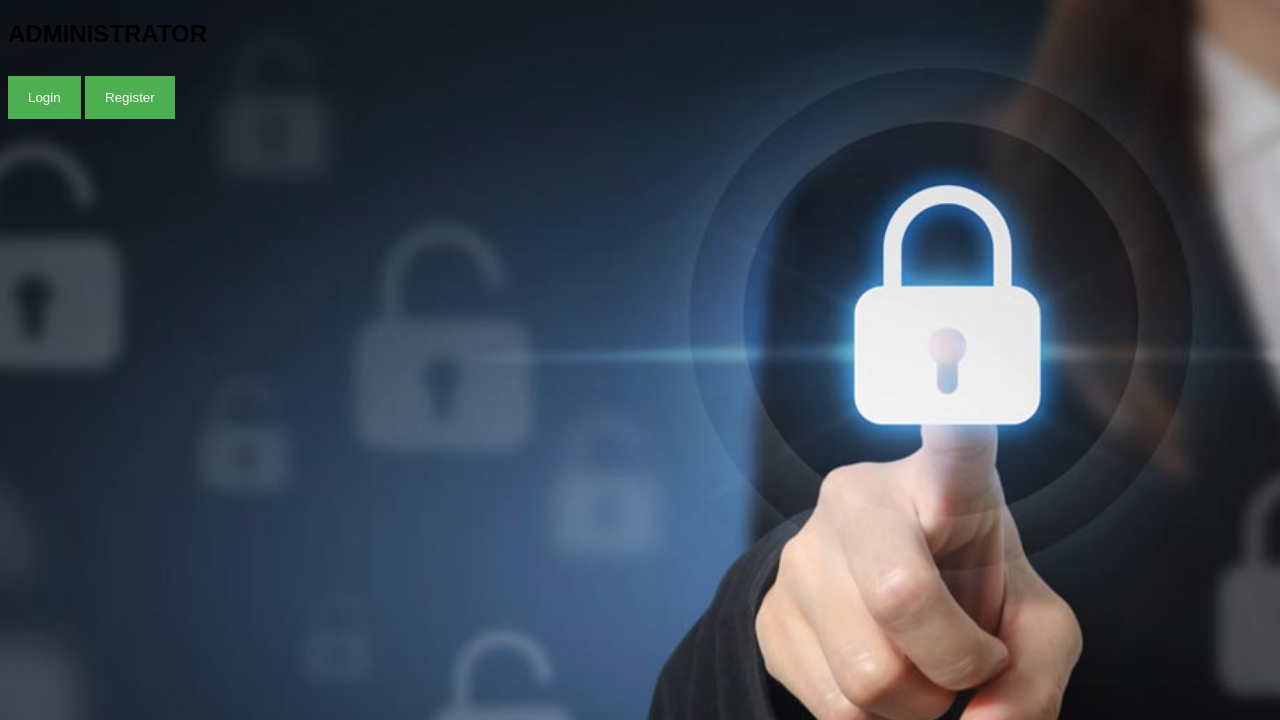
Repository: Malz6/DBMS-ActivityTracking
Page: dbs/WebContent/admin.html
These files come from the project's save history. The page is drawn as it stood at one moment and after the next save; the edit follows.
The browser window is 1280 px wide. The pictures show the whole page.

Above is the page before, as saved 2019-12-12 13:23:57.

After the next save:
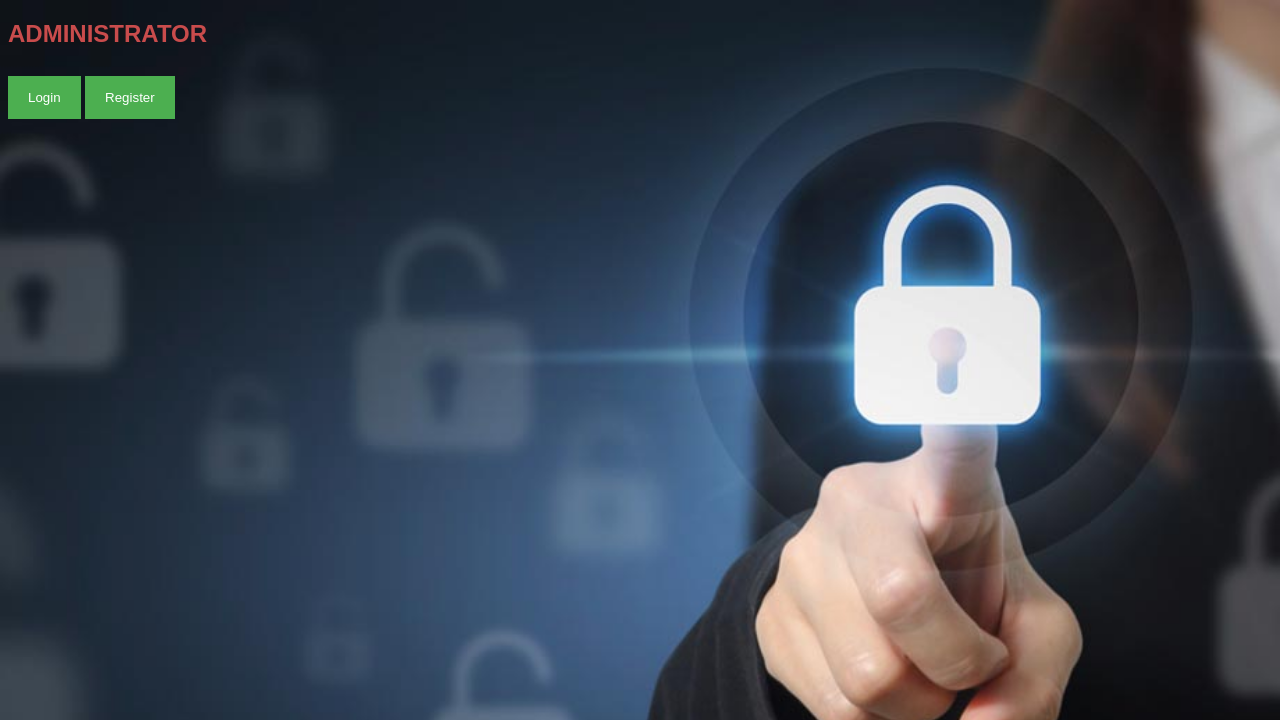
Saved 2 min 44 s later.
--- a/dbs/WebContent/admin.html
+++ b/dbs/WebContent/admin.html
@@ -6,7 +6,8 @@
 body {font-family: Arial, Helvetica, sans-serif;background-image: url('3.jpg');
   	background-repeat: no-repeat;
  	background-attachment: fixed;
- 	background-size: cover;}
+ 	background-size: cover;
+ 	color: rgb(201, 76, 76);}
 /* Full-width input fields */
 input[type=text], input[type=password] {
   width: 100%;
